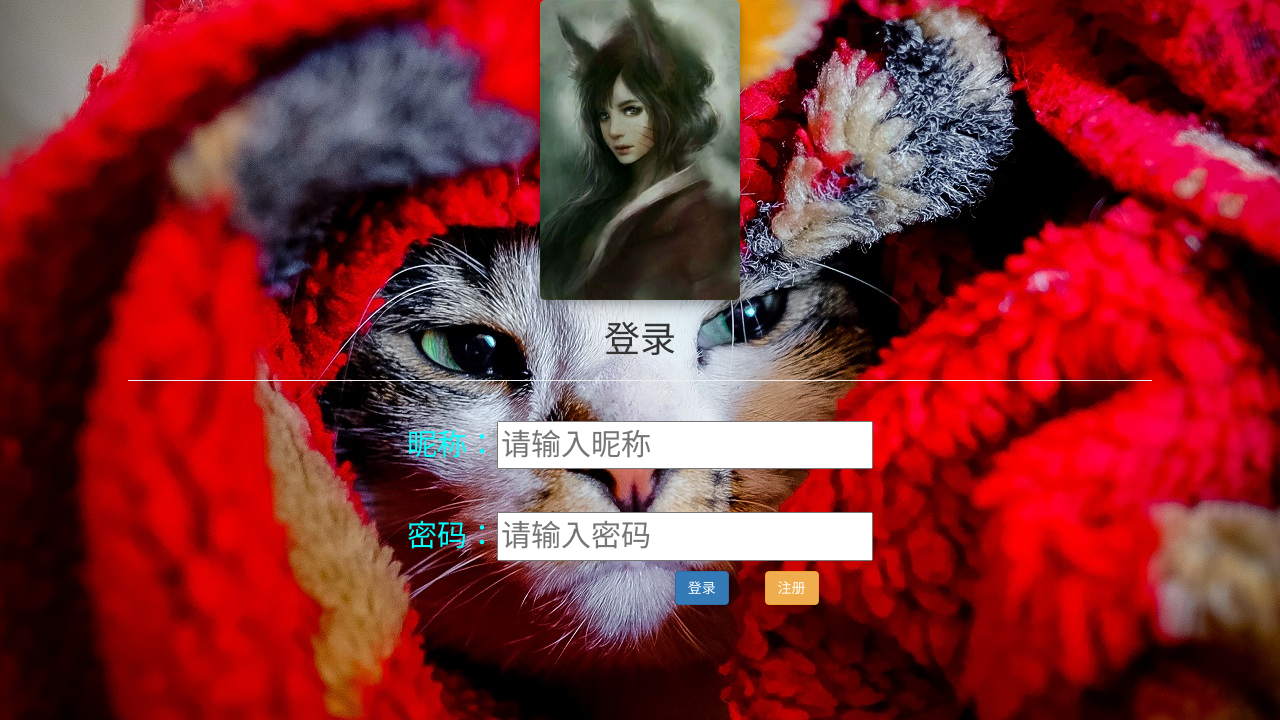
Repository: JuniorProjectTraining/free
Page: http://localhost/emss/login.jsp
These files come from the project's save history. The page is drawn as it stood at one moment and after the next save; the edit follows.
The browser window is 1280 px wide. The pictures show the whole page.
Some web libraries are served in a nearby version. The page is served by Tomcat 9. Other server files are loaded and not shown.

Above is the page before, as saved 2019-12-25 13:56:48.

### emss/src/main/webapp/login.jsp
<%@ page language="java" contentType="text/html; charset=UTF-8"
	pageEncoding="UTF-8"%>
<!DOCTYPE html>
<html>
<head>
<meta charset="UTF-8">
<title>Insert title here</title>

<meta http-equiv="X-UA-Compatible" content="IE=edge">
<meta name="viewport" content="width=device-width, initial-scale=1">
<!-- 上述3个meta标签*必须*放在最前面，任何其他内容都*必须*跟随其后！ -->
<script src="https://cdn.staticfile.org/jquery/1.10.2/jquery.min.js"></script>

<!-- Bootstrap -->

<link
	href="https://cdn.jsdelivr.net/npm/bootstrap@3.3.7/dist/css/bootstrap.min.css"
	rel="stylesheet">

<style type="text/css">
body {
	margin: 0;
	height: 100vh;
}

.nn, .nn input {
	font-family: "楷体";
	font-size: 30px;
	color: cyan;
}

#n {
	box-shadow: 0 4px 8px 0 rgba(0, 0, 0, 0.2), 0 6px 20px 0
		rgba(0, 0, 0, 0.19);
	width: 200px;
	height: 300px;
	border-radius: 32px;
	border-radius: 5px;
	cursor: pointer;
	transition: 0.3s;
}

#beijing {
	background-image: url(./image/parallex.jpg);
	background-size: 100%;
	background-repeat: no-repeat;
	height: 100%;
	text-align: center;
}
</style>
</head>
<body>
	<div id="beijing">
		<img id="n" src="./image/ali_27.jpeg">
		<h1 Style="text-align: center;">登录</h1>
		<hr width="80%">

		<form style="text-align: center;"
			action="${pageContext.request.contextPath }/EmpServlet?cmd=login"
			method="post">
			<br>
			<p class="nn">
				昵称：<input id="username" name="nickname" placeholder="请输入昵称" />
				<br>
				<br>
				密码：<input type="password" id="password" name="password"
					placeholder="请输入密码"/ >
					<br>
					<div class="col-sm-offset-2 col-sm-10">
					<button type="submit" class="btn btn-primary">登录</button>
					&emsp;&emsp;
					<button type="reset" class="btn btn-warning">注册</button>
				</div>
			</p>
		</form>
	</div>

	<script
		src="https://cdn.jsdelivr.net/npm/jquery@1.12.4/dist/jquery.min.js"></script>
	<!-- 加载 Bootstrap 的所有 JavaScript 插件。你也可以根据需要只加载单个插件。 -->
	<script
		src="https://cdn.jsdelivr.net/npm/bootstrap@3.3.7/dist/js/bootstrap.min.js"></script>

</body>
</html>

After the next save:
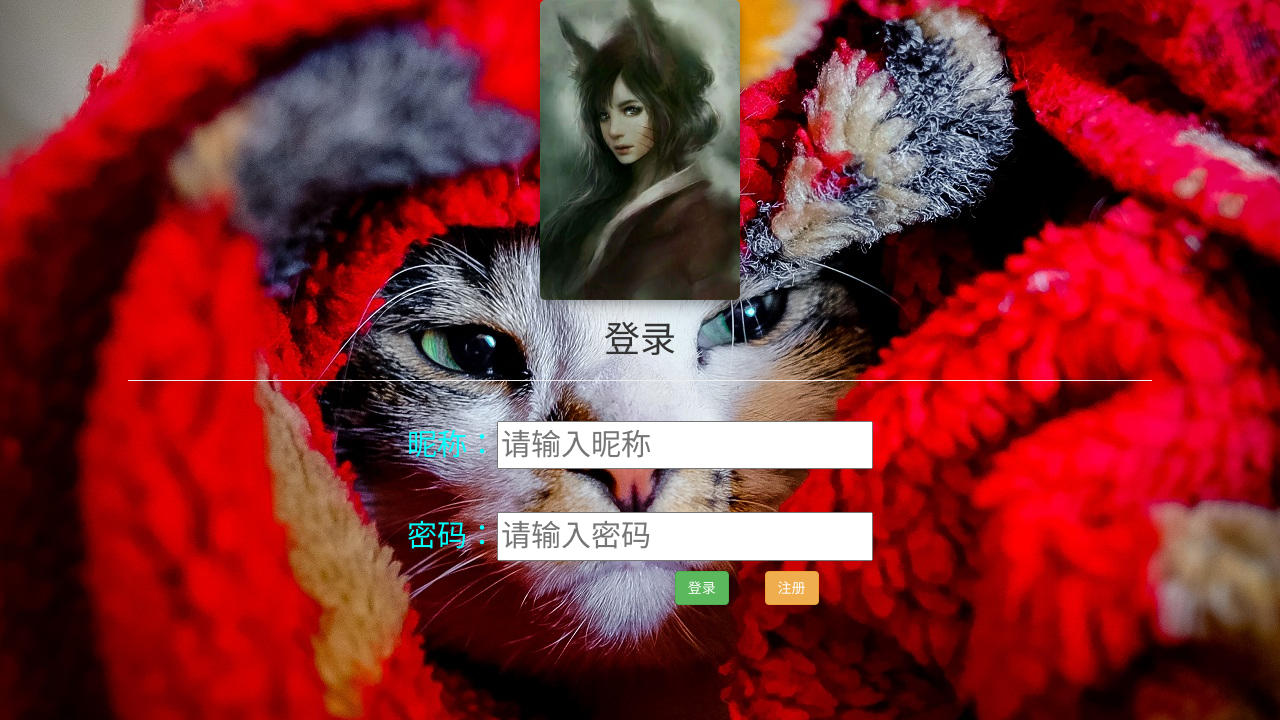
Saved 32 s later.
--- a/emss/src/main/webapp/login.jsp
+++ b/emss/src/main/webapp/login.jsp
@@ -67,7 +67,7 @@ body {
 					placeholder="请输入密码"/ >
 					<br>
 					<div class="col-sm-offset-2 col-sm-10">
-					<button type="submit" class="btn btn-primary">登录</button>
+					<button type="submit" class="btn btn-success">登录</button>
 					&emsp;&emsp;
 					<button type="reset" class="btn btn-warning">注册</button>
 				</div>
